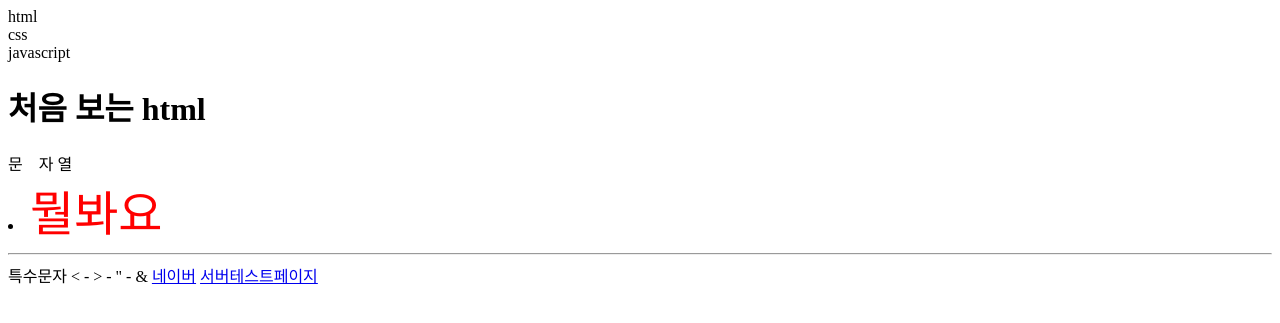
Repository: rightsecond3/java52
Page: workspace_script/dev_html/WebContent/html_day1/basicEl.html
The author's editor kept a copy of each file at every save. The page is drawn from the files as they stood at one save, then again after the next save.
The browser window is 1280 px wide. The pictures show the whole page.

Above is the page before, as saved 2019-06-04 03:53:06.

### workspace_script/dev_html/WebContent/html_day1/basicEl.html
<!DOCTYPE html>
<html>
<!-- head영역에는 CSS소스를 추가하거나 JavaScript 소스를 추가할 수 있다.
head영역에는 title 태그를 사용할 수 있다.
 -->
<head>
<!-- metatag : 검색엔진에서 사용되는 태그 화면에는 보이지 않음 -->
<meta charset="EUC-KR">
<meta name="title" content="처음 보는 html">
<meta name="date" content="2019-06-04">
<meta name="author" content="김유신">
<meta name="keyword" content="html,css,javascript">
<title>Insert title here</title>
</head>
<body>
<!-- 화면처리 내용을 볼 수 있다. -->
html<br>
css<br>
javascript
<h1>처음 보는 html</h1>
문 &nbsp;&nbsp;&nbsp;자&nbsp;열<!-- 태그이름은 없고 값이긴 하다. -->
<li><font color="red" size="12" face="궁서체">
뭘봐요
</font></li>
<hr>
특수문자
&lt; - &gt; - &quot; - &amp;
<a href="http://www.naver.com">네이버</a>
<a href="http://192.168.0.20:8000/index.html">서버테스트페이지</a>
</body>
</html>

After the next save:
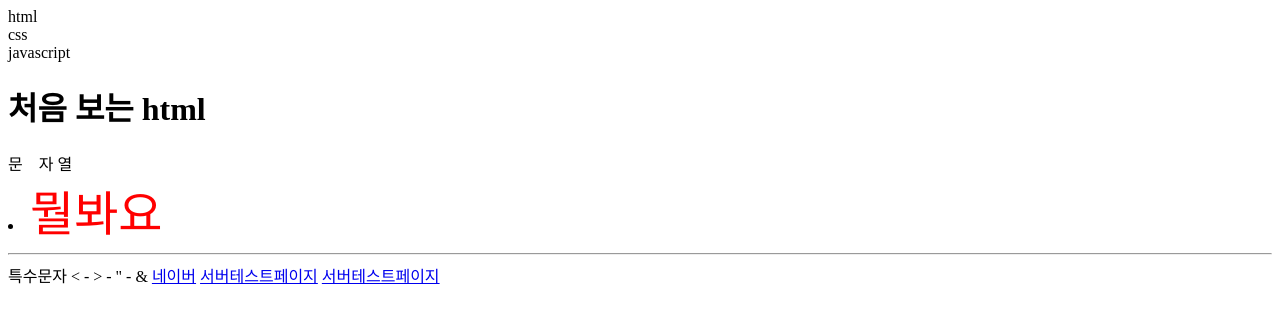
Saved 41 s later.
--- a/workspace_script/dev_html/WebContent/html_day1/basicEl.html
+++ b/workspace_script/dev_html/WebContent/html_day1/basicEl.html
@@ -27,5 +27,6 @@ javascript
 &lt; - &gt; - &quot; - &amp;
 <a href="http://www.naver.com">네이버</a>
 <a href="http://192.168.0.20:8000/index.html">서버테스트페이지</a>
+<a href="http://192.168.0.20:8000/basicEl.html">서버테스트페이지</a>
 </body>
 </html>
